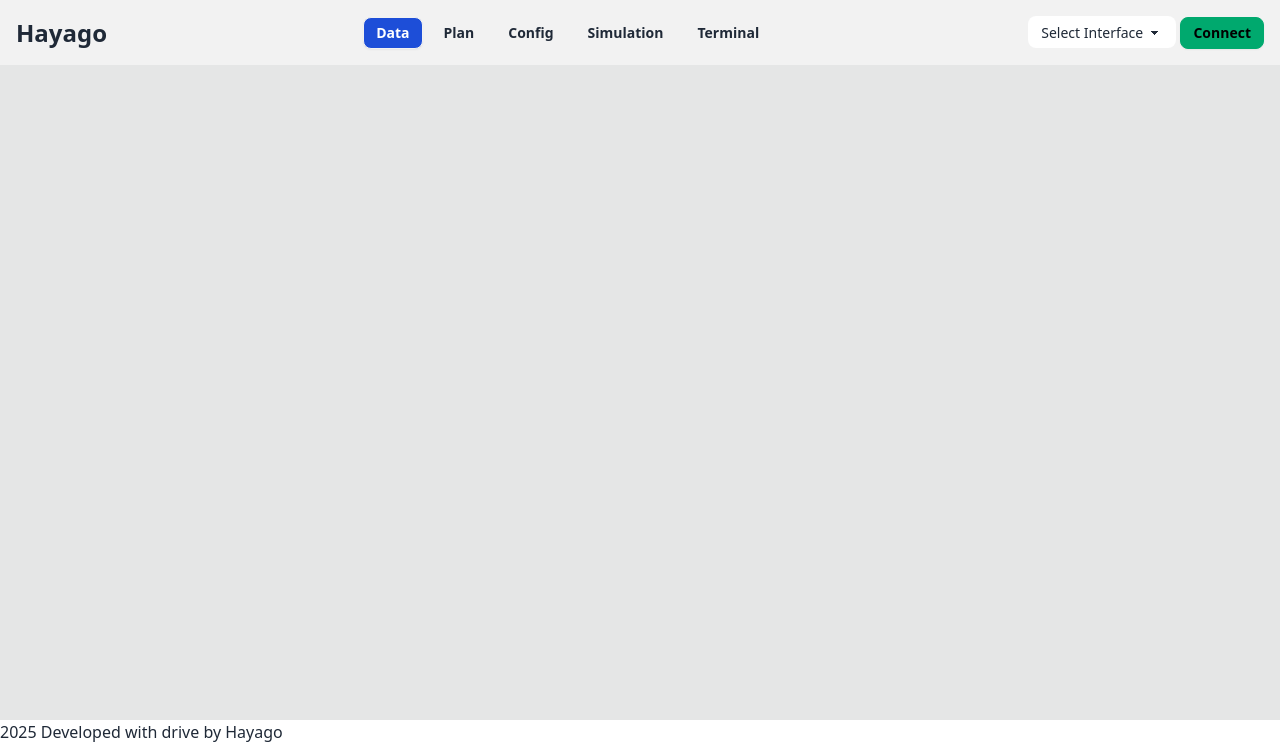
Repository: khulqu15/rov.commander
Page: http://localhost/planner/
The author's editor kept a copy of each file at every save. The page is drawn from the files as they stood at one save, then again after the next save.
The browser window is 1280 px wide. The pictures show the whole page.
Some web libraries are served in a nearby version. The page is served by the project's application, run on Django 5.2 (manage.py).

Above is the page before, as saved 2025-02-06 21:10:48.

After the next save:
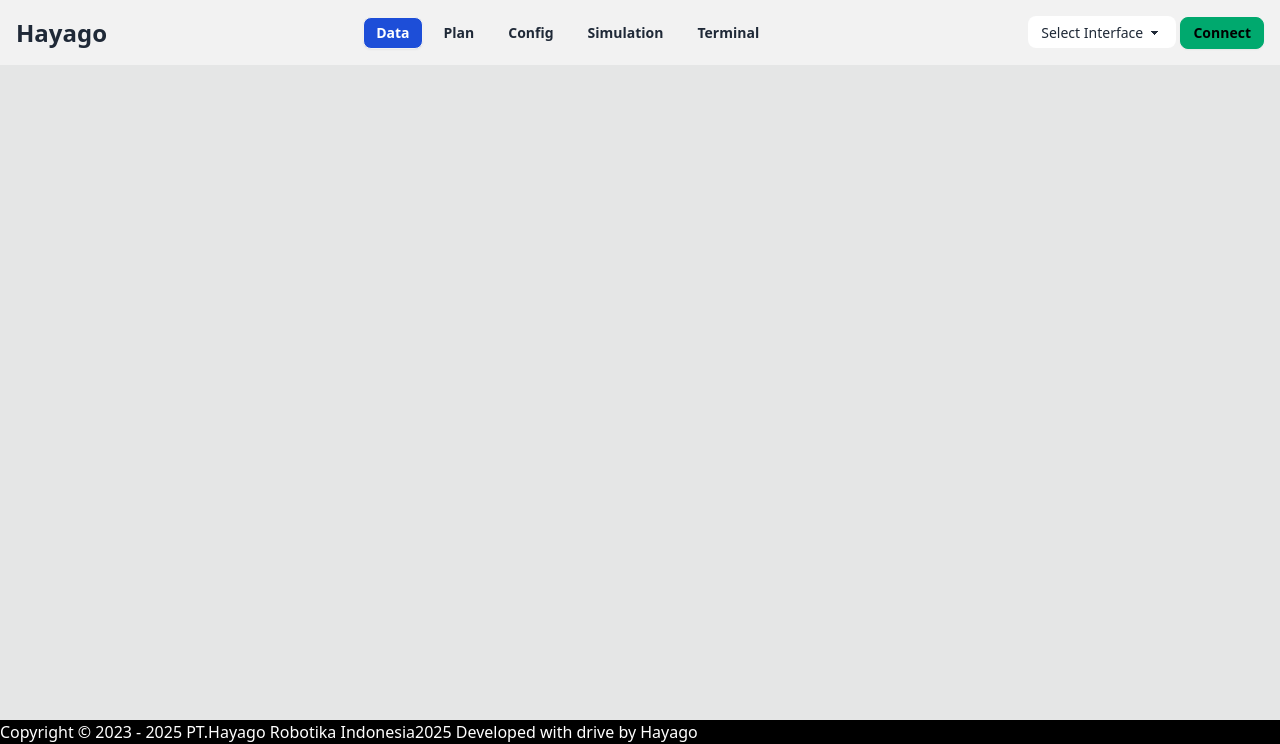
Saved 57 s later.
--- a/templates/index.html
+++ b/templates/index.html
@@ -30,6 +30,9 @@
         </form>
     </div>
     <div class="min-h-screen w-full bg-base-300"></div>
-    <div class>2025 Developed with drive by Hayago</div>
+    <div class="flex items-center bg-black text-white">
+        <div>Copyright © 2023 - 2025 PT.Hayago Robotika Indonesia</div>
+        <div>2025 Developed with drive by Hayago</div>
+    </div>
 </body>
 </html>
